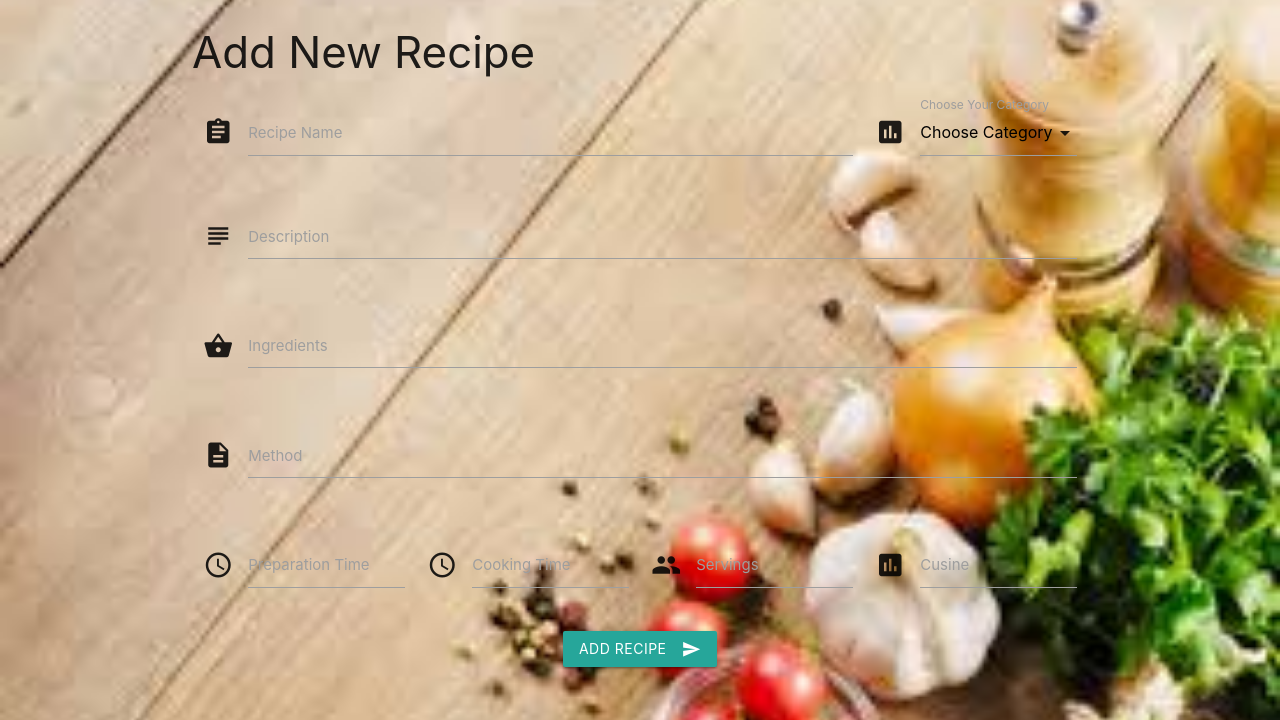
Repository: atena123/COOK-BOOK
Page: templates/addrecipe.html
The author's editor kept a record of every edit. The page is drawn from the files as they stood at one moment, then again after the next edit.
The browser window is 1280 px wide. The pictures show the whole page.
Some web libraries are served in a nearby version. The page is served by the project's application, run on Flask 3 (app.py). The template is opened directly, without the code that normally fills it, so the values that code supplies are empty.

Above is the page before.

After the next edit:
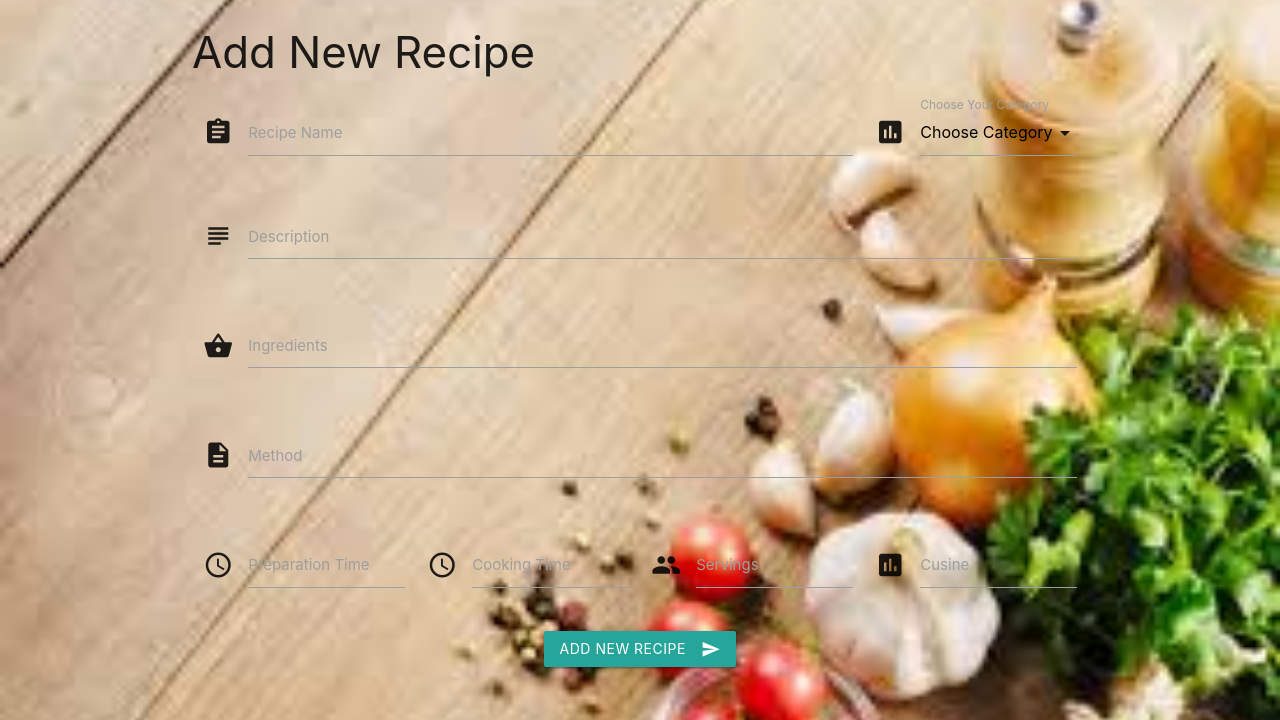
The edit:
--- a/templates/addrecipe.html
+++ b/templates/addrecipe.html
@@ -75,7 +75,7 @@
                 </div>
             </div>
             <div class="row add_recipe_button">
-                <button class="btn waves-effect waves-light" type="submit" name="action">Add Recipe
+                <button class="btn waves-effect waves-light" type="submit" name="action">Add New Recipe
                 <i class="material-icons right">send</i>
                 </button>
             </div>
